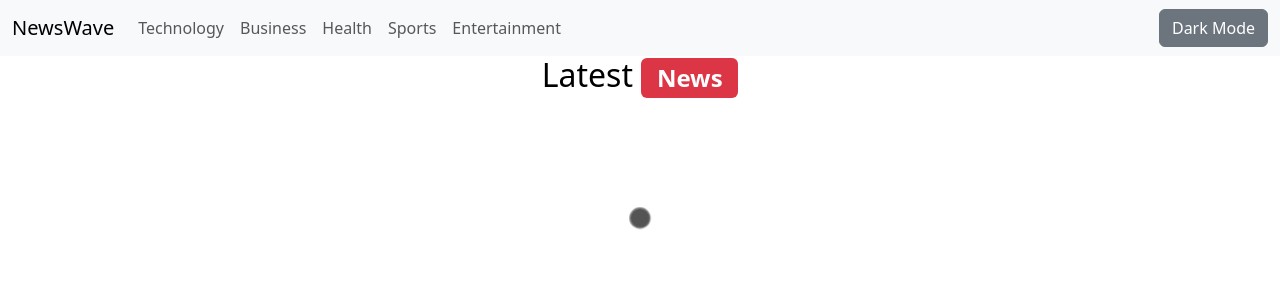
Repository: PranjalTripathi2003/news-wave
Page: /
An editor plug-in stored every save of this project. The page is shown before and after a run of saves, followed by the edit.
The browser window is 1280 px wide. The pictures show the whole page.
The page's requests for data from a server got no answer. The project was rebuilt for these pictures with package versions that can differ from the ones it lists, and the page was loaded fresh each time. No one was signed in, and anything a server would have sent is missing. Also part of the build but not shown: vite.config.js, src/styles/NewsItem.css, src/components/NewsItem.jsx.

Above is the page before, as saved 2024-07-26 20:47:05.

### index.html
<!DOCTYPE html>
<html lang="en">
  <head>
    <meta charset="UTF-8" />
    <meta name="viewport" content="width=device-width, initial-scale=1.0" />
    <title>NewsWave</title>
    <link
      href="https://cdn.jsdelivr.net/npm/bootstrap@5.3.3/dist/css/bootstrap.min.css"
      rel="stylesheet"
      integrity="sha384-QWTKZyjpPEjISv5WaRU9OFeRpok6YctnYmDr5pNlyT2bRjXh0JMhjY6hW+ALEwIH"
      crossorigin="anonymous"
    />
    <link rel="icon" href="data:[embedded picture, 141 characters]">
  </head>
  <body>
    <div id="root"></div>
    <script type="module" src="/src/main.jsx"></script>
    <script
      src="https://cdn.jsdelivr.net/npm/bootstrap@5.3.3/dist/js/bootstrap.bundle.min.js"
      integrity="sha384-YvpcrYf0tY3lHB60NNkmXc5s9fDVZLESaAA55NDzOxhy9GkcIdslK1eN7N6jIeHz"
      crossorigin="anonymous"
    ></script>
  </body>
</html>

### src/App.jsx
import React, { useState, useEffect } from "react";
import Navbar from "./components/Navbar";
import NewsBoard from "./components/NewsBoard";
import "./styles/DarkMode.css";

const App = () => {
  const [category, setCategory] = useState("general");
  const [darkMode, setDarkMode] = useState(false);

  const toggleDarkMode = () => {
    setDarkMode(!darkMode);
  };

  useEffect(() => {
    document.body.className = darkMode ? "dark-mode" : "light-mode";
  }, [darkMode]);

  return (
    <>
      <Navbar
        setCategory={setCategory}
        darkMode={darkMode}
        toggleDarkMode={toggleDarkMode}
      />
      <NewsBoard category={category} darkMode={darkMode} />
    </>
  );
};

export default App;

### src/components/Navbar.jsx
import React from "react";
import "../styles/Navbar.css"; // Adjust the path as necessary

const Navbar = ({ setCategory, toggleDarkMode, darkMode }) => {
  return (
    <nav
      className={`navbar navbar-expand-lg ${
        darkMode ? "navbar-dark bg-dark" : "navbar-light bg-light"
      }`}
    >
      <div className="container-fluid">
        <a className="navbar-brand" onClick={() => setCategory("general")}>
          NewsWave
        </a>
        <button
          className="navbar-toggler"
          type="button"
          data-bs-toggle="collapse"
          data-bs-target="#navbarNav"
          aria-controls="navbarNav"
          aria-expanded="false"
          aria-label="Toggle navigation"
        >
          <span className="navbar-toggler-icon"></span>
        </button>
        <div className="collapse navbar-collapse" id="navbarNav">
          <ul className="navbar-nav">
            <li className="nav-item">
              <div
                className="nav-link"
                onClick={() => setCategory("technology")}
              >
                Technology
              </div>
            </li>
            <li className="nav-item">
              <div className="nav-link" onClick={() => setCategory("business")}>
                Business
              </div>
            </li>
            <li className="nav-item">
              <div className="nav-link" onClick={() => setCategory("health")}>
                Health
              </div>
            </li>
            <li className="nav-item">
              <div className="nav-link" onClick={() => setCategory("sports")}>
                Sports
              </div>
            </li>
            <li className="nav-item">
              <div
                className="nav-link"
                onClick={() => setCategory("entertainment")}
              >
                Entertainment
              </div>
            </li>
          </ul>
          <button
            className="btn btn-secondary ms-auto"
            onClick={toggleDarkMode}
          >
            {darkMode ? "Light Mode" : "Dark Mode"}
          </button>
        </div>
      </div>
    </nav>
  );
};

export default Navbar;

### src/components/NewsBoard.jsx
import React, { useEffect, useState } from "react";
import NewsItem from "./NewsItem";
import Spinner from "./Spinner";
import "../styles"

const NewsBoard = ({ category, darkMode }) => {
  const [articles, setArticles] = useState([]);
  const [loading, setLoading] = useState(true);

  useEffect(() => {
    setLoading(true);
    let url = `https://newsapi.org/v2/top-headlines?country=in&category=${category}&apiKey=${
      import.meta.env.VITE_API_KEY
    }`;
    fetch(url).then((response) => {
      response.json().then((data) => {
        setArticles(data.articles);
        setLoading(false);
      });
    });
  }, [category]);

  return (
    <div className={darkMode ? "dark-mode" : "light-mode"}>
      <h2 className="text-center header-margin">
        Latest <span className="badge bg-danger">News</span>
      </h2>
      {loading ? (
        <Spinner />
      ) : (
        articles.map((news, index) => {
          return (
            <NewsItem
              key={index}
              title={news.title}
              description={news.description}
              src={news.urlToImage}
              url={news.url}
              darkMode={darkMode} // Pass dark mode state
            />
          );
        })
      )}
    </div>
  );
};

export default NewsBoard;

### src/styles/DarkMode.css
/* DarkMode.css */
body.dark-mode {
  background-color: #2E2E2E; /* Graying dark background */
  color: #ffffff;
}

body.light-mode {
  background-color: #ffffff;
  color: #000000;
}

.navbar-dark {
  background-color: #343a40 !important;
}

.navbar-light {
  background-color: #f8f9fa !important;
}

.bg-dark {
  background-color: #343a40 !important;
}

.text-light {
  color: #ffffff !important;
}

### src/styles/Navbar.css
/* Navbar.css */
.nav-link,
.container-fluid {
  cursor: pointer;
}

### src/components/Spinner.jsx
import React from "react";
import "../styles/Spinner.css";

const Spinner = () => {
  return (
    <div className="spinner">
      <div className="double-bounce1"></div>
      <div className="double-bounce2"></div>
    </div>
  );
};

export default Spinner;

### src/styles/Spinner.css
/* Spinner.css */
.spinner {
  width: 40px;
  height: 40px;
  position: relative;
  margin: 100px auto;
}

.double-bounce1,
.double-bounce2 {
  width: 100%;
  height: 100%;
  border-radius: 50%;
  background-color: #333;
  opacity: 0.6;
  position: absolute;
  top: 0;
  left: 0;
  animation: sk-bounce 2.0s infinite ease-in-out;
}

.double-bounce2 {
  animation-delay: -1.0s;
}

@keyframes sk-bounce {
  0%,
  100% {
    transform: scale(0);
  }
  50% {
    transform: scale(1);
  }
}

/* Dark mode styles */
body.dark-mode .spinner .double-bounce1,
body.dark-mode .spinner .double-bounce2 {
  background-color: #ffffff; /* White color for dark mode */
}

### src/styles/NewsBoard.css
.news-board {
  display: flex;
  flex-wrap: wrap;
  justify-content: center;
}
.header-margin {
  margin-top: 20px; /* Adjust the value as needed */
}

Loaded but not shown: src/main.jsx (common file)

After the next 2 saves:
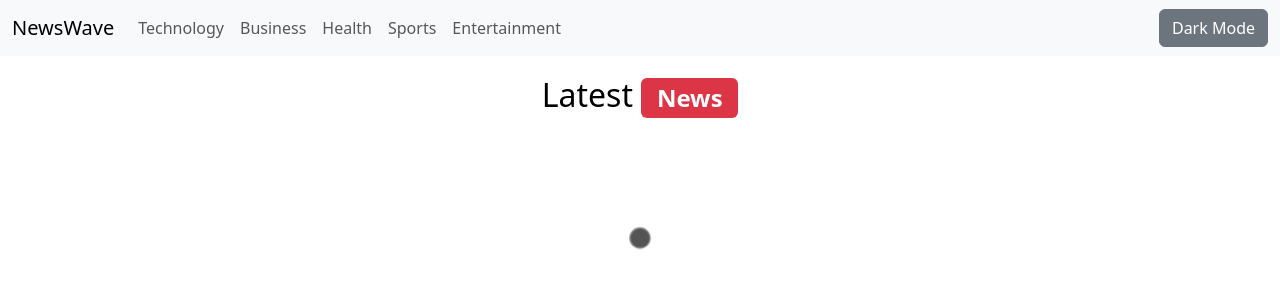
The 2 saves are shown as one change because they came seconds apart.
The last was saved 11 s later.
--- a/src/components/NewsBoard.jsx
+++ b/src/components/NewsBoard.jsx
@@ -1,7 +1,7 @@
 import React, { useEffect, useState } from "react";
 import NewsItem from "./NewsItem";
 import Spinner from "./Spinner";
-import "../styles"
+import "../styles/NewsBoard.css";
 
 const NewsBoard = ({ category, darkMode }) => {
   const [articles, setArticles] = useState([]);
